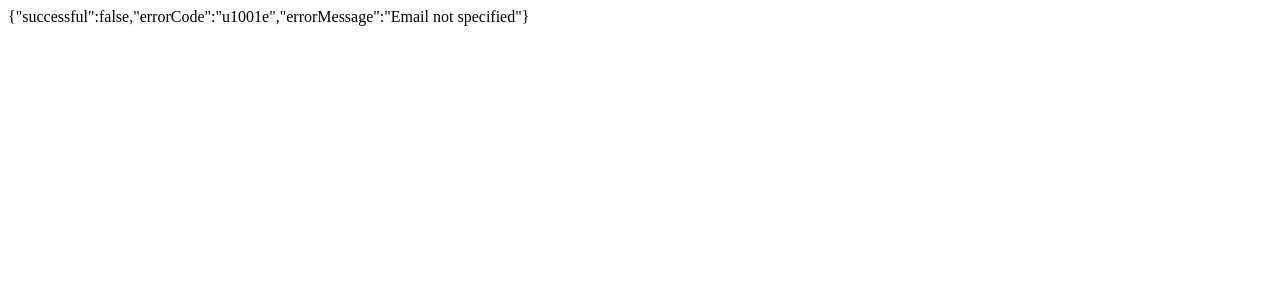
Repository: mihaisitaru/bazar
Page: http://localhost/php/work3/api/user/newsletterRegister.php
The author's editor kept a record of every edit. The page is drawn from the files as they stood at one moment, then again after the next edit.
The browser window is 1280 px wide. The pictures show the whole page.
The page is run by PHP 8.4 with error messages shown; the project is at /var/www/html/.

Above is the page before.

After the next edit:
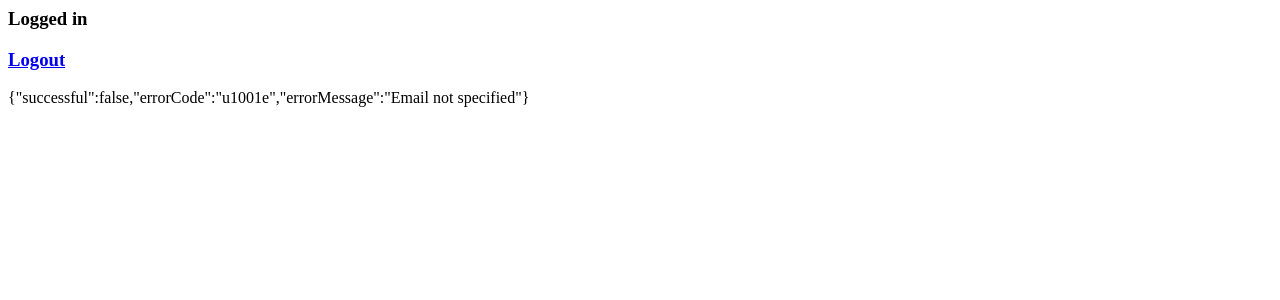
The edit:
--- a/php/work3/api/user/newsletterRegister.php
+++ b/php/work3/api/user/newsletterRegister.php
@@ -1,4 +1,12 @@
-
+<html>
+    <head>
+        <title>Registered</title>
+    </head>
+    <body>
+        <h3>Logged in</h3>
+        <a href="/php/work3/api/user/logoutUser.php"><h3>Logout</h3></a>
+    </body>
+</html>
 
 <?php
 

After the edit that followed:
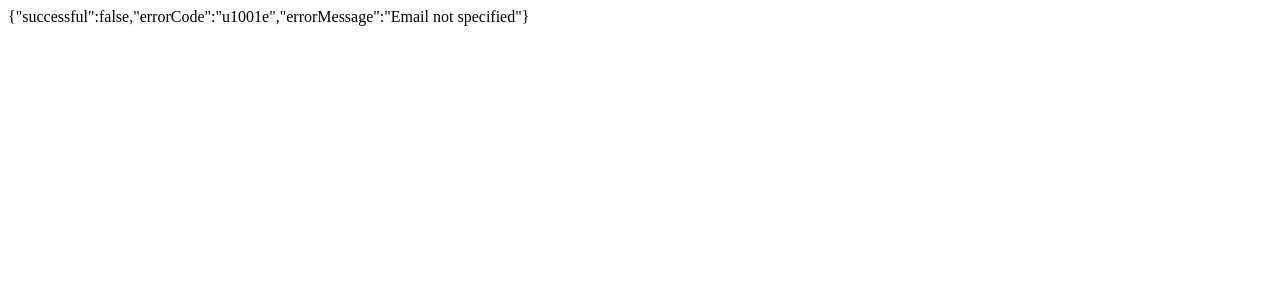
The edit:
--- a/php/work3/api/user/newsletterRegister.php
+++ b/php/work3/api/user/newsletterRegister.php
@@ -3,8 +3,6 @@
         <title>Registered</title>
     </head>
     <body>
-        <h3>Logged in</h3>
-        <a href="/php/work3/api/user/logoutUser.php"><h3>Logout</h3></a>
     </body>
 </html>
 
